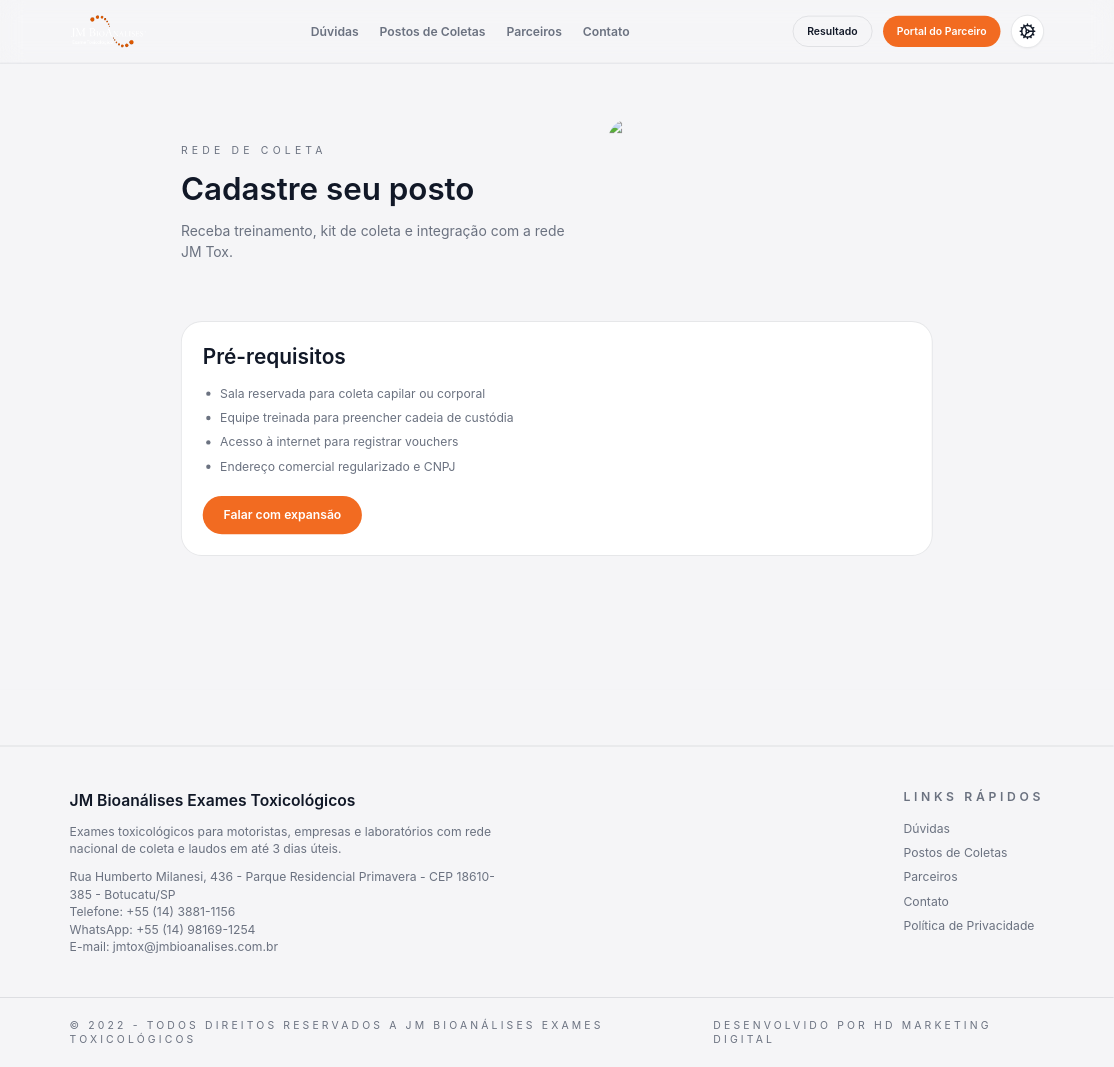
Repository: 1xLab/cat1
Page: /cadastro-postos-de-coleta
The author's editor kept a copy of each file at every save. The page is drawn from the files as they stood at one save, then again after the next save.
The browser window is 1280 px wide. The pictures show the whole page, at 87% of full size.
The page's requests for data from a server got no answer. The project was rebuilt for these pictures with package versions that can differ from the ones it lists, and the page was loaded fresh each time. The framework's server and built-in components were replaced by stand-ins that run in the browser. No one was signed in, and anything a server would have sent is missing. Also part of the build but not shown: next.config.ts.

Above is the page before, as saved 2025-11-19 21:48:18.

### src/app/layout.tsx
import type { Metadata } from "next";
import { Geist, Geist_Mono } from "next/font/google";
import "./globals.css";

import { Header } from "@/components/layout/header";
import { Footer } from "@/components/layout/footer";
import { baseMetadata } from "@/lib/seo";
import { LabSchema } from "@/components/seo/lab-schema";
import { TagManager } from "@/components/analytics/tag-manager";

const geistSans = Geist({
  variable: "--font-geist-sans",
  subsets: ["latin"],
});

const geistMono = Geist_Mono({
  variable: "--font-geist-mono",
  subsets: ["latin"],
});

export const metadata: Metadata = baseMetadata;

export default function RootLayout({
  children,
}: Readonly<{
  children: React.ReactNode;
}>) {
  return (
    <html lang="pt-BR" data-theme="sunrise">
      <body className={`${geistSans.variable} ${geistMono.variable} antialiased`}>
        <TagManager />
        <LabSchema />
        <Header />
        <main className="min-h-screen bg-[var(--color-bg)] text-[var(--color-text)]">
          {children}
        </main>
        <Footer />
      </body>
    </html>
  );
}

### src/app/cadastro-postos-de-coleta/page.tsx
import Image from "next/image";
import type { Metadata } from "next";
import { Button } from "@/components/ui/button";

const requisitos = [
  "Sala reservada para coleta capilar ou corporal",
  "Equipe treinada para preencher cadeia de custódia",
  "Acesso à internet para registrar vouchers",
  "Endereço comercial regularizado e CNPJ",
];

export const metadata: Metadata = {
  title: "Cadastro de postos de coleta | JM Tox",
};

const illustration = "/imagens/illustration-cadastro.svg";

export default function CadastroPostosPage() {
  return (
    <section className="mx-auto max-w-4xl px-4 py-16">
      <div className="grid gap-6 md:grid-cols-[1fr_0.8fr] md:items-center">
        <div className="space-y-4">
          <p className="text-xs uppercase tracking-[0.4em] text-[var(--color-text-muted)]">
            Rede de coleta
          </p>
          <h1 className="text-4xl font-semibold text-[var(--color-text)]">
            Cadastre seu posto
          </h1>
          <p className="text-[var(--color-text-muted)]">
            Receba treinamento, kit de coleta e integração com a rede JM Tox.
          </p>
        </div>
        <div className="relative h-48 rounded-3xl">
          <Image
            src={illustration}
            alt="Posto de coleta moderno"
            fill
            className="rounded-3xl object-cover"
            sizes="(min-width: 768px) 350px, 100vw"
          />
        </div>
      </div>
      <div className="mt-10 rounded-3xl border border-[var(--color-outline)] bg-[var(--color-surface)] p-6">
        <h2 className="text-2xl font-semibold text-[var(--color-text)]">
          Pré-requisitos
        </h2>
        <ul className="mt-4 list-disc space-y-2 pl-5 text-sm text-[var(--color-text-muted)]">
          {requisitos.map((item) => (
            <li key={item}>{item}</li>
          ))}
        </ul>
        <Button className="mt-6" asChild>
          <a href="/contato">Falar com expansão</a>
        </Button>
      </div>
    </section>
  );
}

### src/app/globals.css
@tailwind base;
@tailwind components;
@tailwind utilities;

:root {
  --color-bg: #f5f5f7;
  --color-surface: #ffffff;
  --color-text: #111827;
  --color-text-muted: #6b7280;
  --color-primary: #f26b21;
  --color-primary-dark: #c65310;
  --color-header: #050608;
  --color-outline: rgba(15, 23, 42, 0.1);
}

[data-theme="sunrise"] {
  --color-bg: #f5f5f7;
  --color-surface: #ffffff;
  --color-text: #111827;
  --color-text-muted: #6b7280;
  --color-primary: #f26b21;
  --color-primary-dark: #c65310;
  --color-header: #050608;
}

[data-theme="midnight"] {
  --color-bg: #050608;
  --color-surface: #111827;
  --color-text: #f9fafb;
  --color-text-muted: #9ca3af;
  --color-primary: #f26b21;
  --color-primary-dark: #f26b21;
  --color-header: #000000;
  --color-outline: rgba(255, 255, 255, 0.1);
}

[data-theme="clinical"] {
  --color-bg: #f3f6fb;
  --color-surface: #ffffff;
  --color-text: #0f172a;
  --color-text-muted: #3f4d63;
  --color-primary: #2563eb;
  --color-primary-dark: #1d4ed8;
  --color-header: #0f172a;
  --color-outline: rgba(15, 23, 42, 0.08);
}

[data-theme="high-contrast"] {
  --color-bg: #000000;
  --color-surface: #000000;
  --color-text: #ffffff;
  --color-text-muted: #f3f4f6;
  --color-primary: #ffbf00;
  --color-primary-dark: #f59e0b;
  --color-header: #000000;
  --color-outline: rgba(255, 255, 255, 0.2);
}

[data-theme="dark"] {
  --color-bg: #111436;
  --color-surface: rgba(255, 255, 255, 0.08);
  --color-text: #fefefe;
  --color-text-muted: #d4ddff;
  --color-primary: #f97316;
  --color-primary-dark: #ea580c;
  --color-header: rgba(17, 20, 54, 0.9);
  --color-outline: rgba(255, 255, 255, 0.2);
}

@layer base {
  * {
    box-sizing: border-box;
  }

  body {
    background: var(--color-bg);
    color: var(--color-text);
    font-family: "Inter", system-ui, -apple-system, BlinkMacSystemFont,
      "Segoe UI", sans-serif;
    min-height: 100vh;
  }
}

@layer utilities {
  .text-balance {
    text-wrap: balance;
  }

  .glass-panel {
    background: color-mix(in srgb, var(--color-surface) 90%, transparent);
    backdrop-filter: blur(18px);
    border: 1px solid color-mix(in srgb, var(--color-outline) 80%, transparent);
    border-radius: 1.5rem;
    box-shadow: 0 15px 45px rgba(15, 23, 42, 0.12);
  }
}

### src/components/layout/header.tsx
import Image from "next/image";
import Link from "next/link";
import { ThemeSwitcher } from "@/components/theme-switcher";
import { Button } from "@/components/ui/button";

const navItems = [
  { label: "Dúvidas", href: "/duvidas-frequentes" },
  { label: "Postos de Coletas", href: "/postos-de-coletas" },
  { label: "Parceiros", href: "/parceiros" },
  { label: "Contato", href: "/contato" },
];

export function Header() {
  return (
    <header className="sticky top-0 z-40 border-b border-[var(--color-outline)] bg-[var(--color-header)]/15 backdrop-blur-md">
      <div className="container mx-auto flex max-w-6xl items-center justify-between gap-4 px-4 py-4">
        <Link href="/" className="flex items-center gap-3">
          <Image
            src="/logo-jm-bioanalises-branco.png"
            alt="JM Bioanálises"
            width={150}
            height={42}
            className="h-10 w-auto"
            priority
          />
          <span className="sr-only">JM Bioanálises</span>
        </Link>
        <nav className="hidden items-center gap-6 text-sm font-semibold text-[var(--color-text-muted)] lg:flex">
          {navItems.map((item) => (
            <Link
              key={item.href}
              href={item.href}
              className="transition hover:text-[var(--color-text)]"
            >
              {item.label}
            </Link>
          ))}
        </nav>
        <div className="flex items-center gap-3">
          <Button asChild variant="outline" size="sm">
            <Link href="/duvidas-frequentes#resultado-online">Resultado</Link>
          </Button>
          <Button asChild size="sm">
            <Link href="/parceiros">Portal do Parceiro</Link>
          </Button>
          <ThemeSwitcher />
        </div>
      </div>
      <div className="border-t border-[var(--color-outline)] bg-[var(--color-header)] px-4 py-3 lg:hidden">
        <nav className="flex flex-wrap gap-3 text-sm font-semibold text-[var(--color-text-muted)]">
          {navItems.map((item) => (
            <Link
              key={item.href}
              href={item.href}
              className="rounded-full border border-gray-600 px-3 py-1 transition hover:border-[var(--color-primary)] hover:text-white"
            >
              {item.label}
            </Link>
          ))}
        </nav>
      </div>
    </header>
  );
}

### src/components/layout/footer.tsx
import Link from "next/link";

import { siteConfig } from "@/lib/site";

const quickLinks = [
  { label: "Dúvidas", href: "/duvidas-frequentes" },
  { label: "Postos de Coletas", href: "/postos-de-coletas" },
  { label: "Parceiros", href: "/parceiros" },
  { label: "Contato", href: "/contato" },
  { label: "Política de Privacidade", href: "/politica-de-privacidade" },
];

export function Footer() {
  return (
    <footer className="mt-16 border-t border-[var(--color-outline)] bg-[var(--color-surface)]/95">
      <div className="mx-auto flex max-w-6xl flex-col gap-8 px-4 py-12 md:flex-row md:justify-between">
        <div className="max-w-lg space-y-3">
          <p className="text-lg font-semibold text-[var(--color-text)]">
            {siteConfig.name}
          </p>
          <p className="text-sm text-[var(--color-text-muted)]">
            {siteConfig.description}
          </p>
          <div className="text-sm text-[var(--color-text-muted)]">
            <p>{siteConfig.address}</p>
            <p>Telefone: {siteConfig.contacts.phone}</p>
            <p>WhatsApp: {siteConfig.contacts.mobile}</p>
            <p>E-mail: {siteConfig.contacts.email}</p>
          </div>
        </div>
        <div>
          <p className="text-sm font-semibold uppercase tracking-[0.3em] text-[var(--color-text-muted)]">
            Links rápidos
          </p>
          <ul className="mt-4 space-y-2 text-sm">
            {quickLinks.map((link) => (
              <li key={link.href}>
                <Link
                  href={link.href}
                  className="text-[var(--color-text-muted)] transition hover:text-[var(--color-text)]"
                >
                  {link.label}
                </Link>
              </li>
            ))}
          </ul>
        </div>
      </div>
      <div className="border-t border-[var(--color-outline)]">
        <div className="mx-auto flex max-w-6xl flex-col gap-2 px-4 py-6 text-xs uppercase tracking-[0.3em] text-[var(--color-text-muted)] md:flex-row md:items-center md:justify-between">
          <p>
            © 2022 - Todos Direitos Reservados a JM Bioanálises Exames Toxicológicos
          </p>
          <p>Desenvolvido por HD Marketing Digital</p>
        </div>
      </div>
    </footer>
  );
}

### src/lib/seo.ts
import type { Metadata } from "next";
import { siteConfig } from "./site";

type SEOParams = {
  title?: string;
  description?: string;
  path?: string;
};

export const baseMetadata: Metadata = {
  metadataBase: new URL(siteConfig.url),
  title: {
    default: `${siteConfig.name} | Laboratório de Toxicologia`,
    template: `%s | ${siteConfig.name}`,
  },
  description: siteConfig.description,
  openGraph: {
    type: "website",
    url: siteConfig.url,
    title: siteConfig.name,
    description: siteConfig.description,
    images: [
      {
        url: siteConfig.ogImage,
        width: 1200,
        height: 630,
        alt: siteConfig.name,
      },
    ],
  },
  twitter: {
    card: "summary_large_image",
    title: siteConfig.name,
    description: siteConfig.description,
    images: [siteConfig.ogImage],
  },
  icons: {
    icon: "/favicon.ico",
  },
};

export const generatePageMetadata = ({
  title,
  description,
  path = "",
}: SEOParams): Metadata => ({
  ...baseMetadata,
  title,
  description,
  alternates: {
    canonical: path ? `${siteConfig.url}${path}` : siteConfig.url,
  },
});

### src/components/seo/lab-schema.tsx
export function LabSchema() {
  const jsonLd = {
    "@context": "https://schema.org",
    "@type": "MedicalOrganization",
    name: "JM Bioanálises Exames Toxicológicos",
    url: "https://jmtox.com.br",
    address: {
      "@type": "PostalAddress",
      streetAddress:
        "Rua Humberto Milanesi, 436 - Parque Residencial Primavera",
      addressLocality: "Botucatu",
      addressRegion: "SP",
      postalCode: "18610-385",
      addressCountry: "BR",
    },
    contactPoint: {
      "@type": "ContactPoint",
      telephone: "+55-14-3881-1156",
      contactType: "customer service",
      availableLanguage: ["Portuguese", "English"],
    },
    sameAs: ["https://www.linkedin.com/company/jmbioanalises"],
    medicalSpecialty: ["Toxicologic"],
  };

  return (
    <script
      type="application/ld+json"
      dangerouslySetInnerHTML={{ __html: JSON.stringify(jsonLd) }}
    />
  );
}

### src/components/analytics/tag-manager.tsx
"use client";

import Script from "next/script";

export function TagManager() {
  const id = process.env.NEXT_PUBLIC_GTM_ID;
  if (!id) return null;

  return (
    <>
      <Script id="gtm-loader">
        {`
          (function(w,d,s,l,i){w[l]=w[l]||[];w[l].push({'gtm.start':
          new Date().getTime(),event:'gtm.js'});var f=d.getElementsByTagName(s)[0],
          j=d.createElement(s),dl=l!='dataLayer'?'&l='+l:'';j.async=true;j.src=
          'https://www.googletagmanager.com/gtm.js?id='+i+dl;f.parentNode.insertBefore(j,f);
          })(window,document,'script','dataLayer','${id}');
        `}
      </Script>
      <noscript>
        <iframe
          src={`https://www.googletagmanager.com/ns.html?id=${id}`}
          height="0"
          width="0"
          style={{ display: "none", visibility: "hidden" }}
        />
      </noscript>
    </>
  );
}

### src/components/ui/button.tsx
"use client";

import * as React from "react";
import { Slot } from "@radix-ui/react-slot";
import { cva, type VariantProps } from "class-variance-authority";

import { cn } from "@/lib/utils";

const buttonVariants = cva(
  "inline-flex items-center justify-center whitespace-nowrap rounded-full text-sm font-semibold transition focus-visible:outline-none focus-visible:ring-2 focus-visible:ring-[var(--color-primary)] disabled:pointer-events-none disabled:opacity-60",
  {
    variants: {
      variant: {
        default:
          "bg-[var(--color-primary)] text-white hover:bg-[var(--color-primary-dark)]",
        secondary:
          "bg-[var(--color-surface)] text-[var(--color-text)] border border-[var(--color-outline)] hover:border-[var(--color-primary)]",
        outline:
          "border border-[var(--color-outline)] text-[var(--color-text)] hover:border-[var(--color-primary)] hover:text-[var(--color-text)]",
        ghost: "text-[var(--color-text)] hover:bg-[var(--color-outline)]/30",
        link: "underline-offset-4 text-[var(--color-primary)] hover:underline",
      },
      size: {
        default: "h-11 px-6",
        sm: "h-9 px-4 text-xs",
        lg: "h-12 px-8 text-base",
        icon: "h-10 w-10",
      },
    },
    defaultVariants: {
      variant: "default",
      size: "default",
    },
  }
);

export interface ButtonProps
  extends React.ButtonHTMLAttributes<HTMLButtonElement>,
    VariantProps<typeof buttonVariants> {
  asChild?: boolean;
}

const Button = React.forwardRef<HTMLButtonElement, ButtonProps>(
  ({ className, variant, size, asChild = false, ...props }, ref) => {
    const Comp = asChild ? Slot : "button";
    return (
      <Comp
        className={cn(buttonVariants({ variant, size, className }))}
        ref={ref}
        {...props}
      />
    );
  }
);
Button.displayName = "Button";

export { Button, buttonVariants };

### src/components/theme-switcher.tsx
"use client";

import { useEffect, useState } from "react";
import { Cog, Check } from "lucide-react";
import { cn } from "@/lib/utils";

const themes = [
  { id: "sunrise", name: "Sunrise Light", description: "Luz natural com laranja vibrante." },
  { id: "midnight", name: "Midnight Dark", description: "Interface escura para salas de comando." },
  { id: "clinical", name: "Clinical Light", description: "Azul clínico com fundos neutros." },
  { id: "high-contrast", name: "High Contrast", description: "Alto contraste para máxima leitura." },
];

function applyThemeValue(
  value: string,
  setTheme: (theme: string) => void
) {
  const next = themes.find((item) => item.id === value) ? value : "sunrise";
  setTheme(next);
  document.documentElement.setAttribute("data-theme", next);
  try {
    localStorage.setItem("jmbio-theme", next);
  } catch {
    /* ignore */
  }
}

export function ThemeSwitcher() {
  const [open, setOpen] = useState(false);
  const [theme, setTheme] = useState("sunrise");

  useEffect(() => {
    let stored = "sunrise";
    try {
      stored = localStorage.getItem("jmbio-theme") || "sunrise";
    } catch {
      stored = "sunrise";
    }
    applyThemeValue(stored, setTheme);
  }, []);

  function apply(value: string) {
    applyThemeValue(value, setTheme);
  }

  return (
    <div className="relative">
      <button
        aria-label="Alterar tema do site"
        className="rounded-full border border-[var(--color-outline)] bg-[var(--color-surface)] p-2 text-[var(--color-text)] shadow-sm transition hover:shadow-md"
        onClick={() => setOpen((prev) => !prev)}
      >
        <Cog className="h-5 w-5" />
      </button>
      {open && (
        <div className="absolute right-0 z-50 mt-3 w-64 rounded-2xl border border-[var(--color-outline)] bg-[var(--color-surface)] p-4 shadow-xl">
          <p className="text-xs font-semibold uppercase tracking-[0.3em] text-[var(--color-text-muted)]">
            Temas
          </p>
          <div className="mt-3 space-y-2">
            {themes.map((item) => (
              <button
                key={item.id}
                className={cn(
                  "flex w-full items-start gap-2 rounded-2xl border border-transparent p-3 text-left transition hover:border-[var(--color-outline)]",
                  theme === item.id && "border-[var(--color-primary)] bg-[var(--color-primary)]/10"
                )}
                onClick={() => apply(item.id)}
              >
                <span className="mt-1 text-[var(--color-primary)]">
                  {theme === item.id ? <Check className="h-4 w-4" /> : <span className="block h-4 w-4 rounded-full border border-[var(--color-outline)]" />}
                </span>
                <span>
                  <span className="font-semibold text-[var(--color-text)]">{item.name}</span>
                  <span className="block text-xs text-[var(--color-text-muted)]">{item.description}</span>
                </span>
              </button>
            ))}
          </div>
        </div>
      )}
    </div>
  );
}

### src/lib/site.ts
export const siteConfig = {
  name: "JM Bioanálises Exames Toxicológicos",
  description:
    "Exames toxicológicos para motoristas, empresas e laboratórios com rede nacional de coleta e laudos em até 3 dias úteis.",
  url: "https://jmtox.com.br",
  ogImage: "/logo-jm-bioanalises-branco.png",
  social: {
    linkedin: "https://www.linkedin.com/company/jmbioanalises",
    whatsapp: "https://api.whatsapp.com/send?phone=5514981691254",
  },
  contacts: {
    phone: "+55 (14) 3881-1156",
    mobile: "+55 (14) 98169-1254",
    email: "jmtox@jmbioanalises.com.br",
  },
  address:
    "Rua Humberto Milanesi, 436 - Parque Residencial Primavera - CEP 18610-385 - Botucatu/SP",
};

export type SiteConfig = typeof siteConfig;

### src/lib/utils.ts
import { type ClassValue, clsx } from "clsx";
import { twMerge } from "tailwind-merge";

export function cn(...inputs: ClassValue[]) {
  return twMerge(clsx(inputs));
}

export function formatPhone(phone: string) {
  const digits = phone.replace(/\D/g, "");
  const match = digits.match(/^(\d{2})(\d{5})(\d{4})$/);
  if (!match) return phone;
  return `(${match[1]}) ${match[2]}-${match[3]}`;
}

export function slugify(value: string) {
  return value
    .toLowerCase()
    .normalize("NFD")
    .replace(/[\u0300-\u036f]/g, "")
    .replace(/[^a-z0-9]+/g, "-")
    .replace(/(^-|-$)+/g, "");
}

export function formatIsoDate(date: string) {
  return new Date(date).toLocaleDateString("pt-BR", {
    day: "2-digit",
    month: "short",
    year: "numeric",
  });
}

### tailwind.config.ts
import type { Config } from "tailwindcss";
import { fontFamily } from "tailwindcss/defaultTheme";
import animate from "tailwindcss-animate";

const config: Config = {
  darkMode: ["class"],
  content: ["./src/**/*.{ts,tsx}"],
  theme: {
    container: {
      center: true,
      padding: {
        DEFAULT: "1.5rem",
        md: "2rem",
      },
      screens: {
        "2xl": "1320px",
      },
    },
    extend: {
      colors: {
        border: "hsl(var(--border))",
        input: "hsl(var(--input))",
        ring: "hsl(var(--ring))",
        background: "hsl(var(--background))",
        foreground: "hsl(var(--foreground))",
        primary: {
          DEFAULT: "hsl(var(--primary))",
          foreground: "hsl(var(--primary-foreground))",
        },
        secondary: {
          DEFAULT: "hsl(var(--secondary))",
          foreground: "hsl(var(--secondary-foreground))",
        },
        muted: {
          DEFAULT: "hsl(var(--muted))",
          foreground: "hsl(var(--muted-foreground))",
        },
        accent: {
          DEFAULT: "hsl(var(--accent))",
          foreground: "hsl(var(--accent-foreground))",
        },
        destructive: {
          DEFAULT: "hsl(var(--destructive))",
          foreground: "hsl(var(--destructive-foreground))",
        },
        card: {
          DEFAULT: "hsl(var(--card))",
          foreground: "hsl(var(--card-foreground))",
        },
      },
      borderRadius: {
        lg: "var(--radius)",
        md: "calc(var(--radius) - 2px)",
        sm: "calc(var(--radius) - 4px)",
      },
      fontFamily: {
        sans: ["var(--font-geist-sans)", ...fontFamily.sans],
        mono: ["var(--font-geist-mono)", ...fontFamily.mono],
      },
      backgroundImage: {
        "grid-fade":
          "radial-gradient(circle at 20% 20%, hsla(var(--primary),0.25), transparent 55%), radial-gradient(circle at 80% 0%, hsla(var(--accent),0.3), transparent 60%)",
      },
    },
  },
  plugins: [animate],
};

export default config;

After the next save:
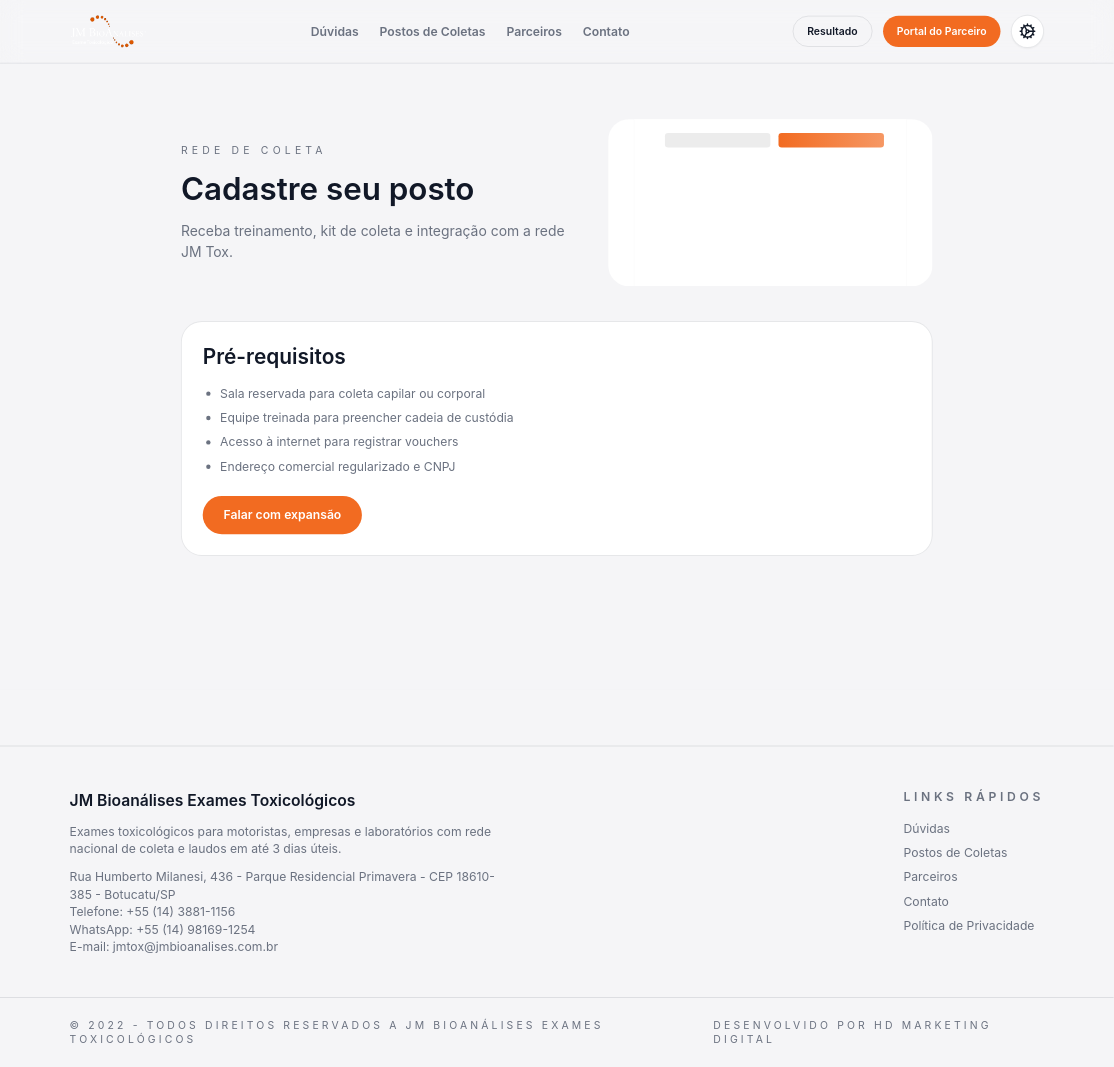
Saved 5 s later.
--- a/src/app/cadastro-postos-de-coleta/page.tsx
+++ b/src/app/cadastro-postos-de-coleta/page.tsx
@@ -13,7 +13,7 @@ export const metadata: Metadata = {
   title: "Cadastro de postos de coleta | JM Tox",
 };
 
-const illustration = "/imagens/illustration-cadastro.svg";
+const illustration = "/imagens/illustration-cadastro-clean.svg";
 
 export default function CadastroPostosPage() {
   return (
